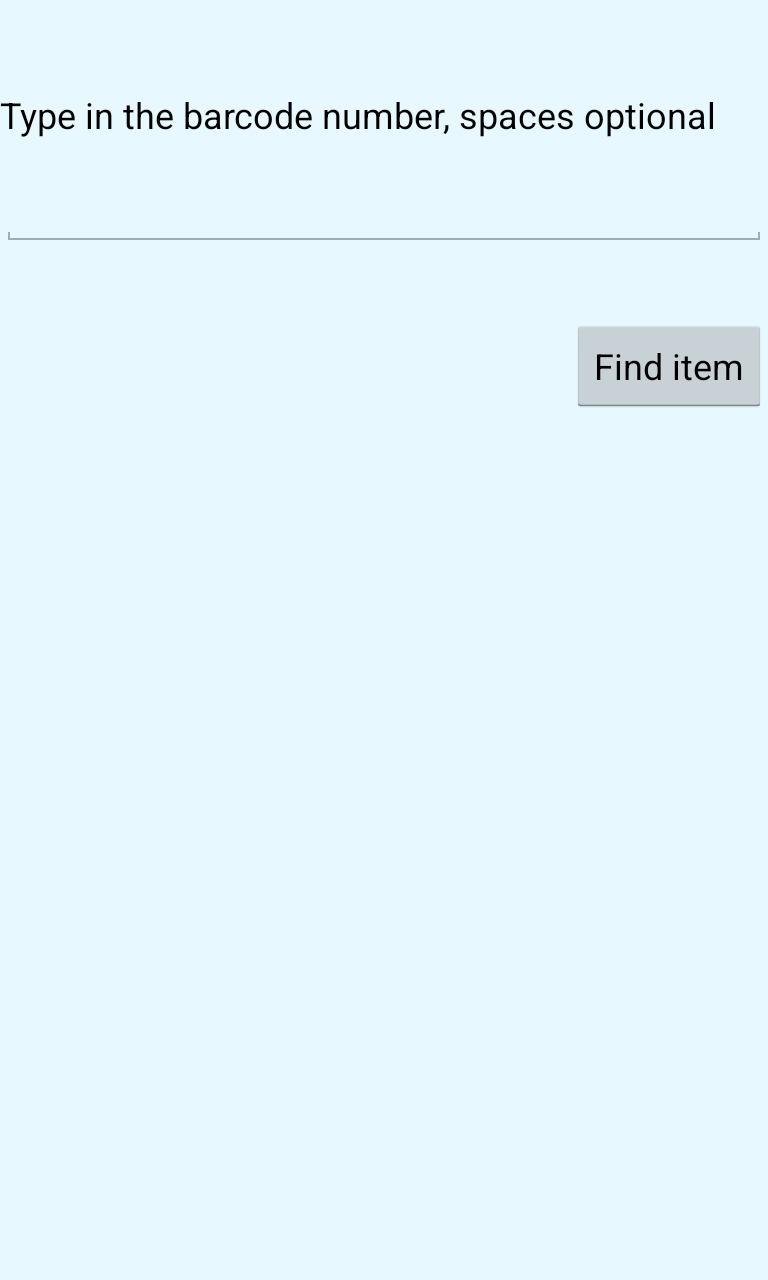
Repository: harvard-lil/wtwba-android-app
Layout: wtwba/res/layout/activity_type_barcode.xml
An editor plug-in stored every save of this project. The layout is shown before and after the next save, followed by the edit.
It is drawn on a 768 x 1280 px phone screen (xhdpi) without system bars, with theme AppTheme; the app's code is not run.

Above is the layout before, as saved 2013-03-20 16:32:11.

### wtwba/res/layout/activity_type_barcode.xml
<?xml version="1.0" encoding="utf-8"?>

<LinearLayout xmlns:android="http://schemas.android.com/apk/res/android"
    xmlns:tools="http://schemas.android.com/tools"
    android:layout_width="match_parent"
    android:layout_height="match_parent"
    android:layout_margin="15dip"
    android:orientation="vertical"
    android:background="#e7f8ff"
    >

    <ImageView
            android:id="@+id/barcode_example"
            android:layout_width="wrap_content"
            android:layout_marginTop="15dip"
        	android:layout_marginBottom="15dip"
            android:layout_height="wrap_content"
            android:layout_gravity="center"
        	/>

    <TextView
        android:layout_width="fill_parent"
        android:layout_height="wrap_content"
        android:layout_marginTop="15dip"
        android:layout_marginBottom="15dip"
        android:textAppearance="?android:attr/textAppearanceMedium"
        android:text="@string/type_barcode_instructions"
         />

    <EditText android:id="@+id/barcode"
        android:layout_width="fill_parent"
        android:layout_height="wrap_content"
        android:layout_marginBottom="35dip"
        android:layout_gravity="right"
        android:textColor="#9900FF"

        android:inputType="text" />

    <Button
        android:layout_width="wrap_content"
        android:layout_height="wrap_content"
        android:layout_gravity="right"
        android:text="@string/button_type"
        android:onClick="submitBarcode" />
</LinearLayout>

### wtwba/res/values/strings.xml
<?xml version="1.0" encoding="utf-8"?>
<resources>

    <string name="app_name">wtwba</string>
    <string name="main_activity_title">Where the Wild Books Are</string>
    <string name="activity_item_details_title">Wild Books</string>
    <string name="activity_scan_title">Wild Books</string>
    <string name="activity_manage_user_title">Manage user key</string>
    <string name="activity_type_barcode_title">Add item using fingers</string>
    <string name="activity_location_title">Select your current location</string>
    <string name="item_found_title">Yeehaw! We added your item</string>
    <string name="scan_error_title">Something went wrong</string>
    <string name="user_name_box_label">Enter your assigned user key</string>
    <string name="edit_message">Enter a message</string>
    <string name="loading_message">Loading</string>


    <string name="button_confirm_delete">Delete from list</string>
    <string name="button_scan_item">Scan barcode</string>
    <string name="button_key_item">Type barcode</string>
    <string name="activity_delete_title">Delete from list</string>

    <string name="button_scan">Scan</string>
    <string name="button_type">Find item</string>
    <string name="button_item_confrim">Return home</string>
    <string name="button_add">Add to list</string>
    <string name="button_save_user_name">Save user key</string>
    <string name="menu_settings">Settings</string>
    <string name="scan_error">Something went wrong when when I tried to add the item. Sorry. Can you give it a try again?</string>
    <string name="title_activity_main">MainActivity</string>
    <string name="type_barcode_instructions">Type in the barcode number, spaces optional</string>
    <string name="hello_world">Hello world!</string>
    <string name="title_holder">Sample Title Here</string>
    <string name="connection_error">Unable to connect to network</string>
    <string name="title_activity_display_message">DisplayMessageActivity</string>
    <string name="empty_list">You haven\'t added any items.</string>

</resources>

Loaded but not shown: wtwba/res/values-v11/styles.xml (common file); wtwba/res/values-v14/styles.xml (common file); wtwba/res/values/styles.xml (common file)

After the next save:
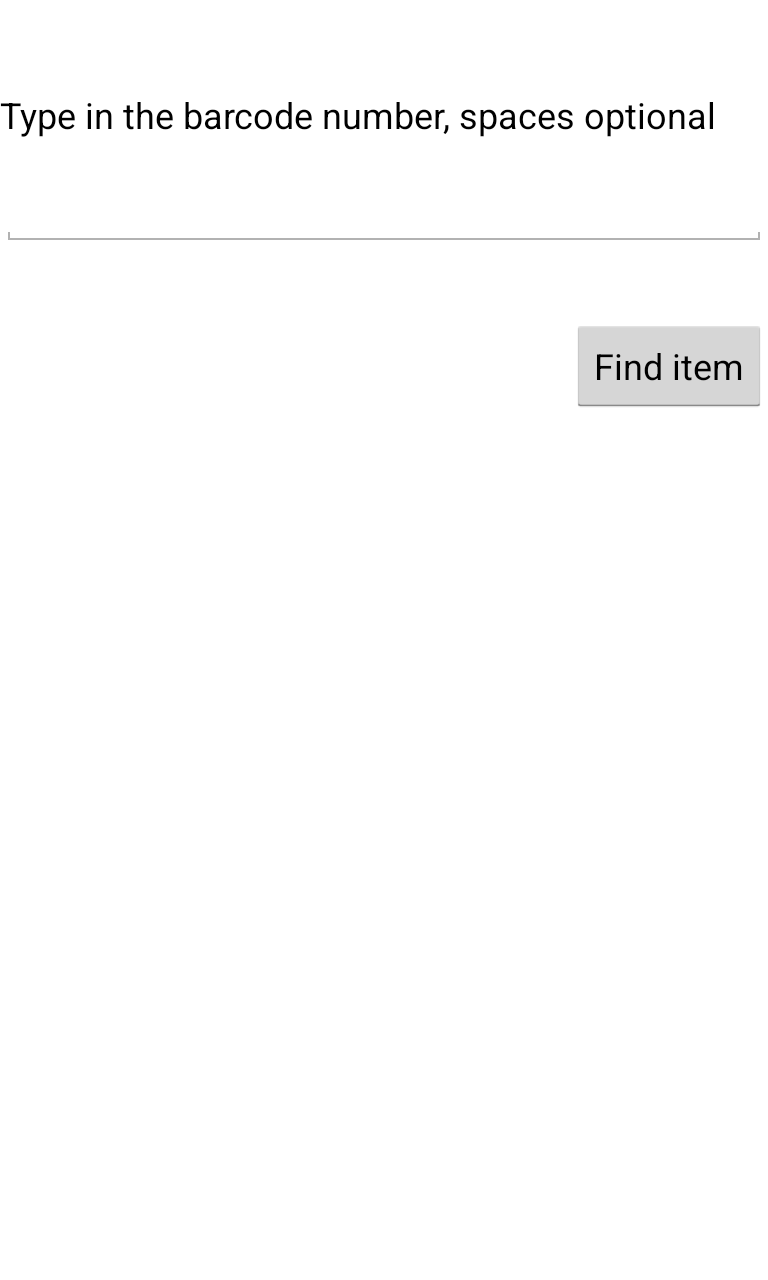
Saved 24 s later.
--- a/wtwba/res/layout/activity_type_barcode.xml
+++ b/wtwba/res/layout/activity_type_barcode.xml
@@ -6,7 +6,6 @@
     android:layout_height="match_parent"
     android:layout_margin="15dip"
     android:orientation="vertical"
-    android:background="#e7f8ff"
     >
 
     <ImageView
